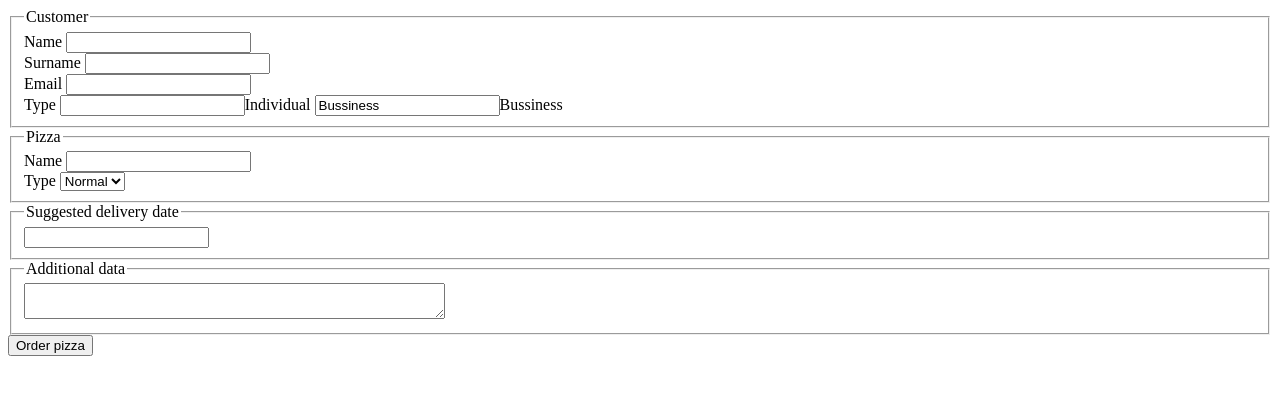
Repository: lukas77pro/html_css_js
Page: html/Test/WebContent/Formularz.html
The author's editor kept a copy of each file at every save. The page is drawn from the files as they stood at one save, then again after the next save.
The browser window is 1280 px wide. The pictures show the whole page.

Above is the page before, as saved 2015-07-10 11:44:03.

After the next save:
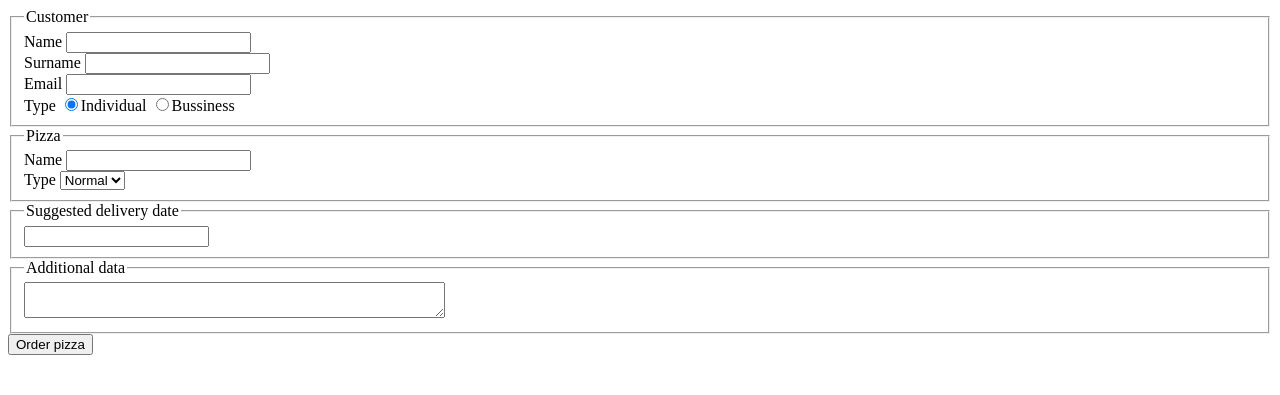
Saved 6 s later.
--- a/html/Test/WebContent/Formularz.html
+++ b/html/Test/WebContent/Formularz.html
@@ -23,8 +23,8 @@
 				name="inputEmail">
 		</div>
 		<div>
-			<label for="radio1">Type</label> <input type="radio1" name="radio"
-				checked><label for="radio1">Individual</label> <input type="radio2" name="radio"
+			<label for="radio1">Type</label> <input type="radio" name="radio1"
+				checked><label for="radio1">Individual</label> <input type="radio" name="radio2"
 				value="Bussiness"><label for="radio2">Bussiness</label>
 		</div>
 	</fieldset>
